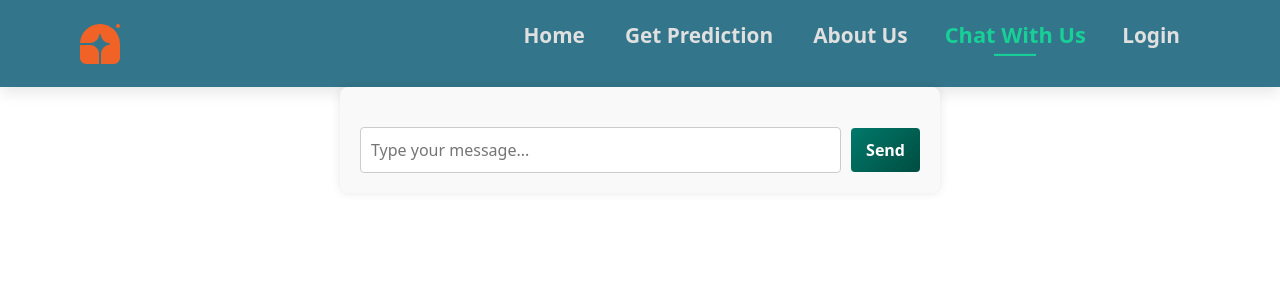
Repository: aabhashbasnet/MedicalInsuranceCostPredictionSystem
Page: /chat-with-us (app in frontend/)
These files come from the project's save history. The page is drawn as it stood at one moment and after the next save; the edit follows.
The browser window is 1280 px wide. The pictures show the whole page.
The project was rebuilt for these pictures with package versions that can differ from the ones it lists, and the page was loaded fresh each time. Also part of the build but not shown: frontend/src/pages/Home.js, frontend/src/pages/GetPrediction.js, frontend/src/pages/AboutUs.css, frontend/src/pages/AboutUs.js, frontend/src/pages/Login.js, frontend/src/pages/Signup.js, frontend/src/pages/DetailsPage.css, frontend/src/pages/DetailsPage.js.

Above is the page before, as saved 2025-01-18 11:56:35.

After the next save:
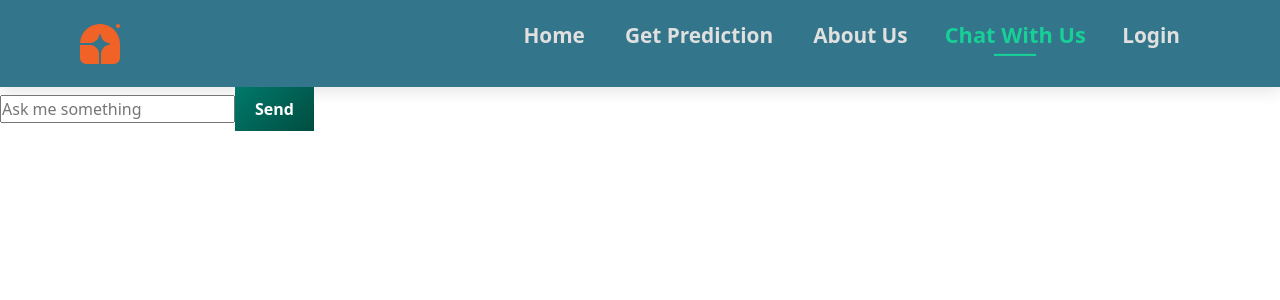
Saved 4 days later.
--- a/frontend/src/pages/ChatWithUs.js
+++ b/frontend/src/pages/ChatWithUs.js
@@ -1,74 +1,46 @@
+// src/components/Chatbot.js
 import React, { useState } from "react";
 import axios from "axios";
-import "./ChatWithUs.css";
 
-function Chatbot() {
-    const [userInput, setUserInput] = useState("");
-    const [chat, setChat] = useState([]);
+const Chatbot = () => {
+  const [userInput, setUserInput] = useState("");
+  const [messages, setMessages] = useState([]);
 
-    const handleSend = async () => {
-        if (!userInput.trim()) return;
+  const handleUserInput = async () => {
+    try {
+      const response = await axios.get(`/api/chatbot/?user_input=${userInput}`);
+      const botResponse = response.data.response;
 
-        // Update chat with user input
-        setChat([...chat, { sender: "User", message: userInput }]);
+      // Update chat history with user input and bot response
+      setMessages([
+        ...messages,
+        { text: userInput, sender: "user" },
+        { text: botResponse, sender: "bot" }
+      ]);
+      setUserInput(""); // Clear input field
+    } catch (error) {
+      console.error("Error fetching chatbot response:", error);
+    }
+  };
 
-        try {
-            // Log user input
-            console.log("User Input:", userInput);
-
-            // Call Django API
-            const res = await axios.post("http://127.0.0.1:8000/api/chatbot-response/", {
-                query: userInput,
-            });
-
-            // Log the API response
-            console.log("API Response:", res.data);
-
-            // Update chat with chatbot's response
-            if (res.data.response) {
-                setChat([
-                    ...chat,
-                    { sender: "User", message: userInput },
-                    { sender: "Chatbot", message: res.data.response },
-                ]);
-            } else {
-                setChat([
-                    ...chat,
-                    { sender: "Chatbot", message: "Sorry, I did not get that." },
-                ]);
-            }
-
-        } catch (error) {
-            console.error("Error occurred:", error);
-            setChat([
-                ...chat,
-                { sender: "Chatbot", message: "Error occurred. Please try again." },
-            ]);
-        }
-
-        setUserInput(""); // Clear input field after sending
-    };
-
-    return (
-        <div className="chatbot-container">
-            <div className="chat-display">
-                {chat.map((message, index) => (
-                    <div key={index} className={`chat-message ${message.sender}`}>
-                        <p>{message.message}</p>
-                    </div>
-                ))}
-            </div>
-            <div className="chat-input">
-                <input
-                    type="text"
-                    value={userInput}
-                    onChange={(e) => setUserInput(e.target.value)}
-                    placeholder="Type your message..."
-                />
-                <button onClick={handleSend}>Send</button>
-            </div>
-        </div>
-    );
-}
+  return (
+    <div>
+      <div className="chat-box">
+        {messages.map((msg, index) => (
+          <div key={index} className={msg.sender}>
+            {msg.text}
+          </div>
+        ))}
+      </div>
+      <input
+        type="text"
+        value={userInput}
+        onChange={(e) => setUserInput(e.target.value)}
+        placeholder="Ask me something"
+      />
+      <button onClick={handleUserInput}>Send</button>
+    </div>
+  );
+};
 
 export default Chatbot;
